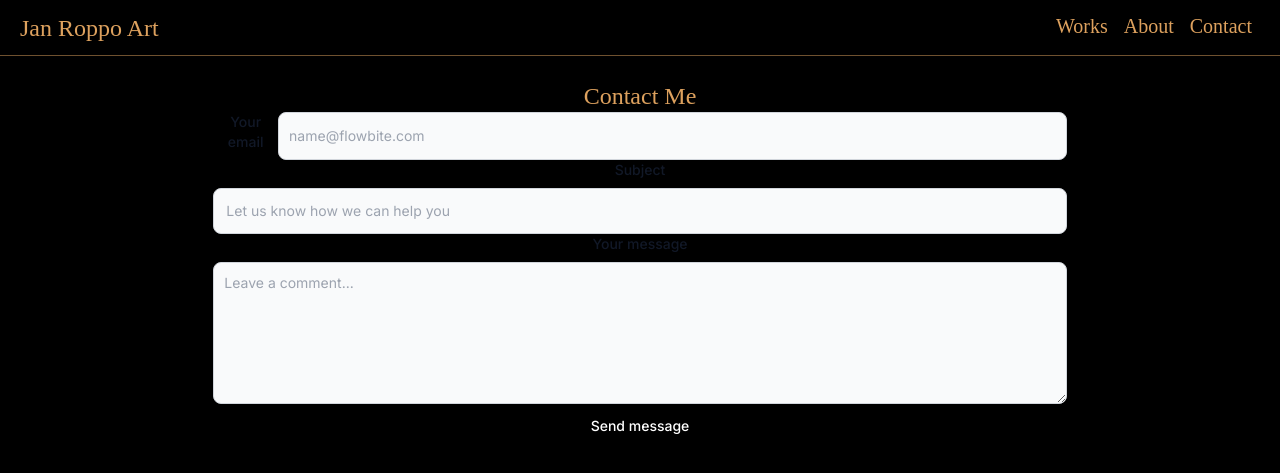
Repository: YanceMcFinn/JRArt
Page: /contact
The author's editor kept a copy of each file at every save. The page is drawn from the files as they stood at one save, then again after the next save.
The browser window is 1280 px wide. The pictures show the whole page.
The project was rebuilt for these pictures with package versions that can differ from the ones it lists, and the page was loaded fresh each time. The framework's server and built-in components were replaced by stand-ins that run in the browser. Also part of the build but not shown: next.config.js.

Above is the page before, as saved 2023-10-19 20:24:13.

### app/layout.js
import './globals.css'
import { Inter } from 'next/font/google'

import Navbar from './components/Navbar'

const inter = Inter({ subsets: ['latin'] })

export const metadata = {
  title: 'Jan Roppo Art',
  description: 'The art of Jan Roppo',
}

export default function RootLayout({ children }) {
  return (
    <html lang="en">
      <body className={inter.className}>
        <Navbar />
        {children}
      </body>
    </html>
  )
}

### app/contact/page.jsx
'use client'

import Image from 'next/image'

export default function Contact() {
    return(
        <div className='text-main-color text-center justify-content-center mt-20'>
            <div className='title text-center text-2xl'>Contact Me</div>
                <form className='w-2/3 mx-auto'>
                    <div className='flex'>
                        <label for="email" class="mb-2 text-sm font-medium text-gray-900 dark:text-gray-300">Your email</label>
                        <input type="email" id="email" class="shadow-sm bg-gray-50 border border-gray-300 text-gray-900 text-sm rounded-lg focus:ring-primary-500 focus:border-primary-500 block w-full p-2.5 dark:bg-gray-700 dark:border-gray-600 dark:placeholder-gray-400 dark:text-white dark:focus:ring-primary-500 dark:focus:border-primary-500 dark:shadow-sm-light" placeholder="name@flowbite.com" required/>
                    </div>
                    <div>
                        <label for="subject" class="block mb-2 text-sm font-medium text-gray-900 dark:text-gray-300">Subject</label>
                        <input type="text" id="subject" class="block p-3 w-full text-sm text-gray-900 bg-gray-50 rounded-lg border border-gray-300 shadow-sm focus:ring-primary-500 focus:border-primary-500 dark:bg-gray-700 dark:border-gray-600 dark:placeholder-gray-400 dark:text-white dark:focus:ring-primary-500 dark:focus:border-primary-500 dark:shadow-sm-light" placeholder="Let us know how we can help you" required/>
                    </div>
                <div class="sm:col-span-2">
              <label for="message" class="block mb-2 text-sm font-medium text-gray-900 dark:text-gray-400">Your message</label>
              <textarea id="message" rows="6" class="block p-2.5 w-full text-sm text-gray-900 bg-gray-50 rounded-lg shadow-sm border border-gray-300 focus:ring-primary-500 focus:border-primary-500 dark:bg-gray-700 dark:border-gray-600 dark:placeholder-gray-400 dark:text-white dark:focus:ring-primary-500 dark:focus:border-primary-500" placeholder="Leave a comment..."></textarea>
          </div>
          <button type="submit" class="py-3 px-5 text-sm font-medium text-center text-white rounded-lg bg-primary-700 sm:w-fit hover:bg-primary-800 focus:ring-4 focus:outline-none focus:ring-primary-300 dark:bg-primary-600 dark:hover:bg-primary-700 dark:focus:ring-primary-800">Send message</button>
      </form>
        </div>
    )
}

### app/globals.css
@tailwind base;
@tailwind components;
@tailwind utilities;

body {
 background-color: black;
}

.title {
    font-family: 'Macondo', cursive;
}

### app/components/Navbar.jsx
import React from "react";

const Navbar = () => {
    return(
    <>
    <div className="top-0 w-full h-14 bg-black px-5 py-3 text-main-color border-b border-b-main-color/50 fixed">
      <div className="float-left title text-2xl">
        <a className="hover:text-white" href="/">Jan Roppo Art</a>
      </div>
      <div className="float-right title text-xl">
        <ul>
        <li className="inline px-2">
            <a href="/" className="hover:text-white">Works</a>
          </li>
          <li className="inline px-2">
            <a href="/about" className="hover:text-white">About</a>
          </li>
          <li className="inline px-2">
            <a href="/contact" className="hover:text-white">Contact</a>
          </li>
        </ul>
      </div>
    </div>
    </>

    )
}

export default Navbar

### tailwind.config.js
/** @type {import('tailwindcss').Config} */
module.exports = {
  content: [
    './pages/**/*.{js,ts,jsx,tsx,mdx}',
    './components/**/*.{js,ts,jsx,tsx,mdx}',
    './app/**/*.{js,ts,jsx,tsx,mdx}',
  ],
  theme: {
    extend: {
      backgroundImage: {
      },
      colors: {
        'main-color': '#dda15e'
      },
    },
  },
  plugins: [],
}

After the next save:
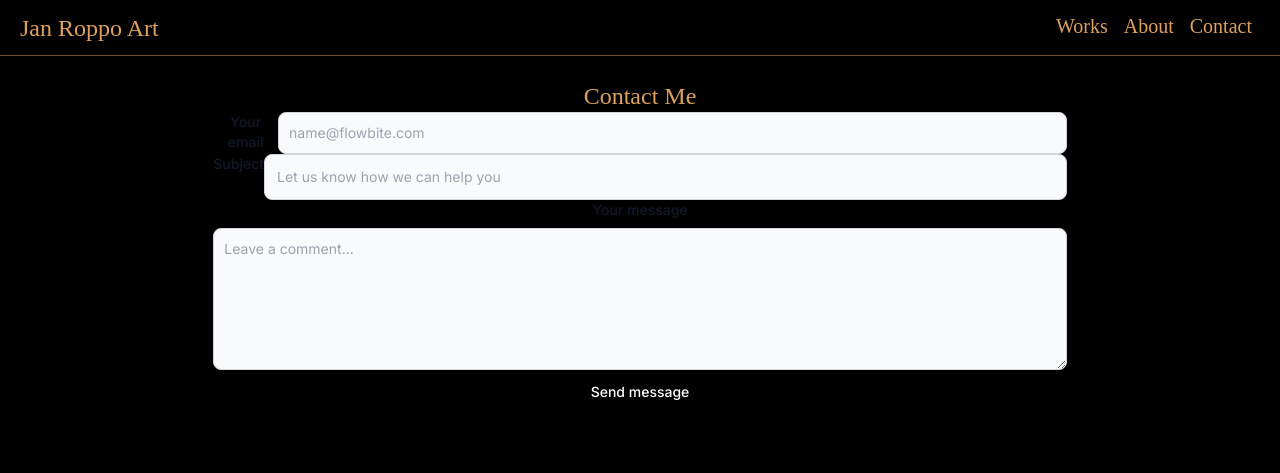
Saved 41 s later.
--- a/app/contact/page.jsx
+++ b/app/contact/page.jsx
@@ -8,11 +8,11 @@ export default function Contact() {
             <div className='title text-center text-2xl'>Contact Me</div>
                 <form className='w-2/3 mx-auto'>
                     <div className='flex'>
-                        <label for="email" class="mb-2 text-sm font-medium text-gray-900 dark:text-gray-300">Your email</label>
+                        <label for="email" class="text-sm font-medium text-gray-900 dark:text-gray-300">Your email</label>
                         <input type="email" id="email" class="shadow-sm bg-gray-50 border border-gray-300 text-gray-900 text-sm rounded-lg focus:ring-primary-500 focus:border-primary-500 block w-full p-2.5 dark:bg-gray-700 dark:border-gray-600 dark:placeholder-gray-400 dark:text-white dark:focus:ring-primary-500 dark:focus:border-primary-500 dark:shadow-sm-light" placeholder="name@flowbite.com" required/>
                     </div>
-                    <div>
-                        <label for="subject" class="block mb-2 text-sm font-medium text-gray-900 dark:text-gray-300">Subject</label>
+                    <div className='flex'>
+                        <label for="subject" class="text-sm font-medium text-gray-900 dark:text-gray-300">Subject</label>
                         <input type="text" id="subject" class="block p-3 w-full text-sm text-gray-900 bg-gray-50 rounded-lg border border-gray-300 shadow-sm focus:ring-primary-500 focus:border-primary-500 dark:bg-gray-700 dark:border-gray-600 dark:placeholder-gray-400 dark:text-white dark:focus:ring-primary-500 dark:focus:border-primary-500 dark:shadow-sm-light" placeholder="Let us know how we can help you" required/>
                     </div>
                 <div class="sm:col-span-2">
